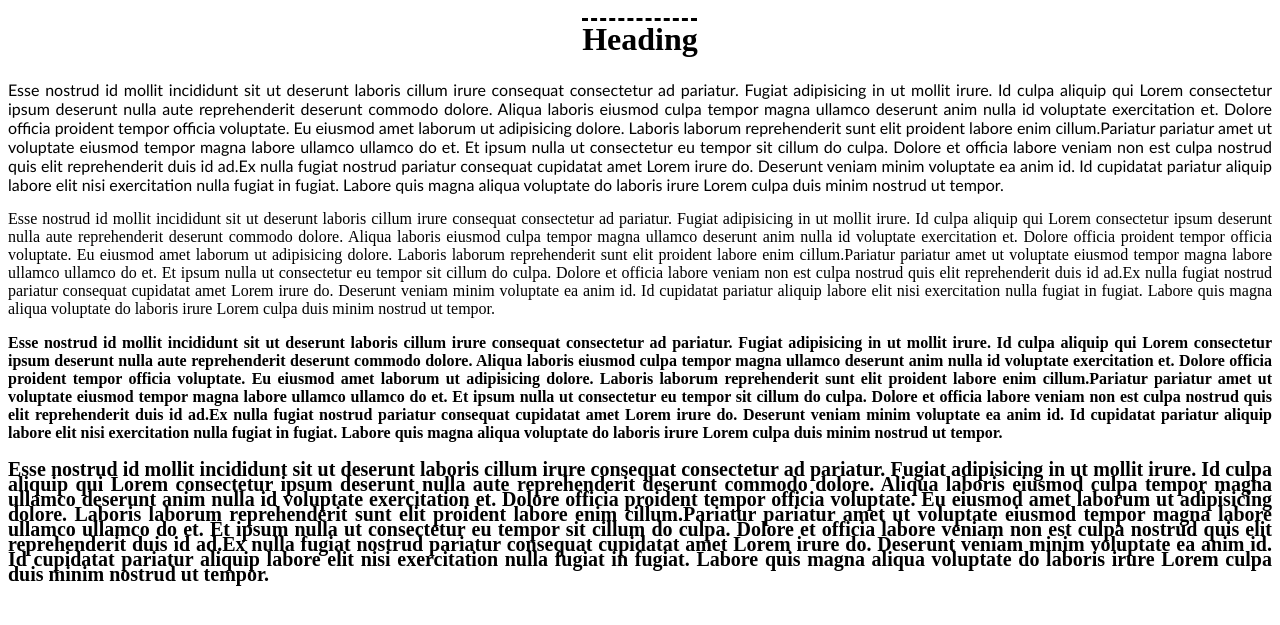
Repository: rakeshkolpepatil/CSS_Apana_College
Page: index.html
An editor plug-in stored every save of this project. The page is shown before and after the next save, followed by the edit.
The browser window is 1280 px wide. The pictures show the whole page.

Above is the page before, as saved 2023-06-22 09:54:13.

### index.html
<!DOCTYPE html>
<html lang="en">
<head>
  <meta charset="UTF-8">
  <meta name="viewport" content="width=device-width, initial-scale=1.0">
  <title>Document</title>
  <link rel="stylesheet" href="styleTwo.css">
</head>
<body>
  <h1> Heading </h1>
  <p id="pOne">Esse nostrud id mollit incididunt sit ut deserunt laboris cillum irure consequat consectetur ad pariatur. Fugiat adipisicing in ut mollit irure. Id culpa aliquip qui Lorem consectetur ipsum deserunt nulla aute reprehenderit deserunt commodo dolore. Aliqua laboris eiusmod culpa tempor magna ullamco deserunt anim nulla id voluptate exercitation et. Dolore officia proident tempor officia voluptate. Eu eiusmod amet laborum ut adipisicing dolore. Laboris laborum reprehenderit sunt elit proident labore enim cillum.Pariatur pariatur amet ut voluptate eiusmod tempor magna labore ullamco ullamco do et. Et ipsum nulla ut consectetur eu tempor sit cillum do culpa. Dolore et officia labore veniam non est culpa nostrud quis elit reprehenderit duis id ad.Ex nulla fugiat nostrud pariatur consequat cupidatat amet Lorem irure do. Deserunt veniam minim voluptate ea anim id. Id cupidatat pariatur aliquip labore elit nisi exercitation nulla fugiat in fugiat. Labore quis magna aliqua voluptate do laboris irure Lorem culpa duis minim nostrud ut tempor.
  </p>
  <p id="pTwo">Esse nostrud id mollit incididunt sit ut deserunt laboris cillum irure consequat consectetur ad pariatur. Fugiat adipisicing in ut mollit irure. Id culpa aliquip qui Lorem consectetur ipsum deserunt nulla aute reprehenderit deserunt commodo dolore. Aliqua laboris eiusmod culpa tempor magna ullamco deserunt anim nulla id voluptate exercitation et. Dolore officia proident tempor officia voluptate. Eu eiusmod amet laborum ut adipisicing dolore. Laboris laborum reprehenderit sunt elit proident labore enim cillum.Pariatur pariatur amet ut voluptate eiusmod tempor magna labore ullamco ullamco do et. Et ipsum nulla ut consectetur eu tempor sit cillum do culpa. Dolore et officia labore veniam non est culpa nostrud quis elit reprehenderit duis id ad.Ex nulla fugiat nostrud pariatur consequat cupidatat amet Lorem irure do. Deserunt veniam minim voluptate ea anim id. Id cupidatat pariatur aliquip labore elit nisi exercitation nulla fugiat in fugiat. Labore quis magna aliqua voluptate do laboris irure Lorem culpa duis minim nostrud ut tempor.
  </p>
  <p id="pThree">Esse nostrud id mollit incididunt sit ut deserunt laboris cillum irure consequat consectetur ad pariatur. Fugiat adipisicing in ut mollit irure. Id culpa aliquip qui Lorem consectetur ipsum deserunt nulla aute reprehenderit deserunt commodo dolore. Aliqua laboris eiusmod culpa tempor magna ullamco deserunt anim nulla id voluptate exercitation et. Dolore officia proident tempor officia voluptate. Eu eiusmod amet laborum ut adipisicing dolore. Laboris laborum reprehenderit sunt elit proident labore enim cillum.Pariatur pariatur amet ut voluptate eiusmod tempor magna labore ullamco ullamco do et. Et ipsum nulla ut consectetur eu tempor sit cillum do culpa. Dolore et officia labore veniam non est culpa nostrud quis elit reprehenderit duis id ad.Ex nulla fugiat nostrud pariatur consequat cupidatat amet Lorem irure do. Deserunt veniam minim voluptate ea anim id. Id cupidatat pariatur aliquip labore elit nisi exercitation nulla fugiat in fugiat. Labore quis magna aliqua voluptate do laboris irure Lorem culpa duis minim nostrud ut tempor.
  </p>
  <p id="pFour">Esse nostrud id mollit incididunt sit ut deserunt laboris cillum irure consequat consectetur ad pariatur. Fugiat adipisicing in ut mollit irure. Id culpa aliquip qui Lorem consectetur ipsum deserunt nulla aute reprehenderit deserunt commodo dolore. Aliqua laboris eiusmod culpa tempor magna ullamco deserunt anim nulla id voluptate exercitation et. Dolore officia proident tempor officia voluptate. Eu eiusmod amet laborum ut adipisicing dolore. Laboris laborum reprehenderit sunt elit proident labore enim cillum.Pariatur pariatur amet ut voluptate eiusmod tempor magna labore ullamco ullamco do et. Et ipsum nulla ut consectetur eu tempor sit cillum do culpa. Dolore et officia labore veniam non est culpa nostrud quis elit reprehenderit duis id ad.Ex nulla fugiat nostrud pariatur consequat cupidatat amet Lorem irure do. Deserunt veniam minim voluptate ea anim id. Id cupidatat pariatur aliquip labore elit nisi exercitation nulla fugiat in fugiat. Labore quis magna aliqua voluptate do laboris irure Lorem culpa duis minim nostrud ut tempor.
  </p>
</body>
</html>

### styleTwo.css
h1{
  text-align: center;
  text-decoration:  dotted underline  ;
  text-decoration:  dashed overline  ;
}
#pOne{
  text-align: justify;
  font-weight: 100;
  font-family: 'Gill Sans', 'Gill Sans MT', Calibri, 'Trebuchet MS', sans-serif;
}
#pTwo{
  text-align: justify;
  font-weight: 300;
}
#pThree{
  text-align: justify;
  font-weight: 600;
}
#pFour{
  text-align: justify;
  font-size: 20px;
  line-height: 15px;
  font-weight: 900;
}

After the next save:
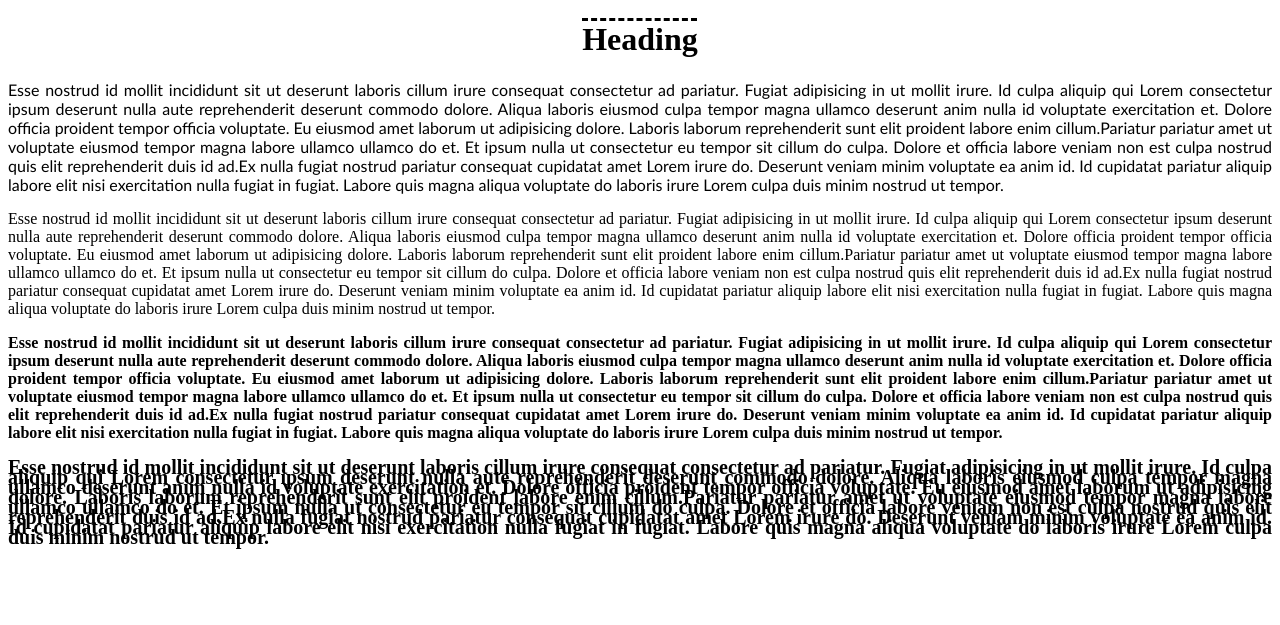
Saved 10 s later.
--- a/styleTwo.css
+++ b/styleTwo.css
@@ -19,6 +19,6 @@ h1{
 #pFour{
   text-align: justify;
   font-size: 20px;
-  line-height: 15px;
+  line-height: 10px;
   font-weight: 900;
 }
